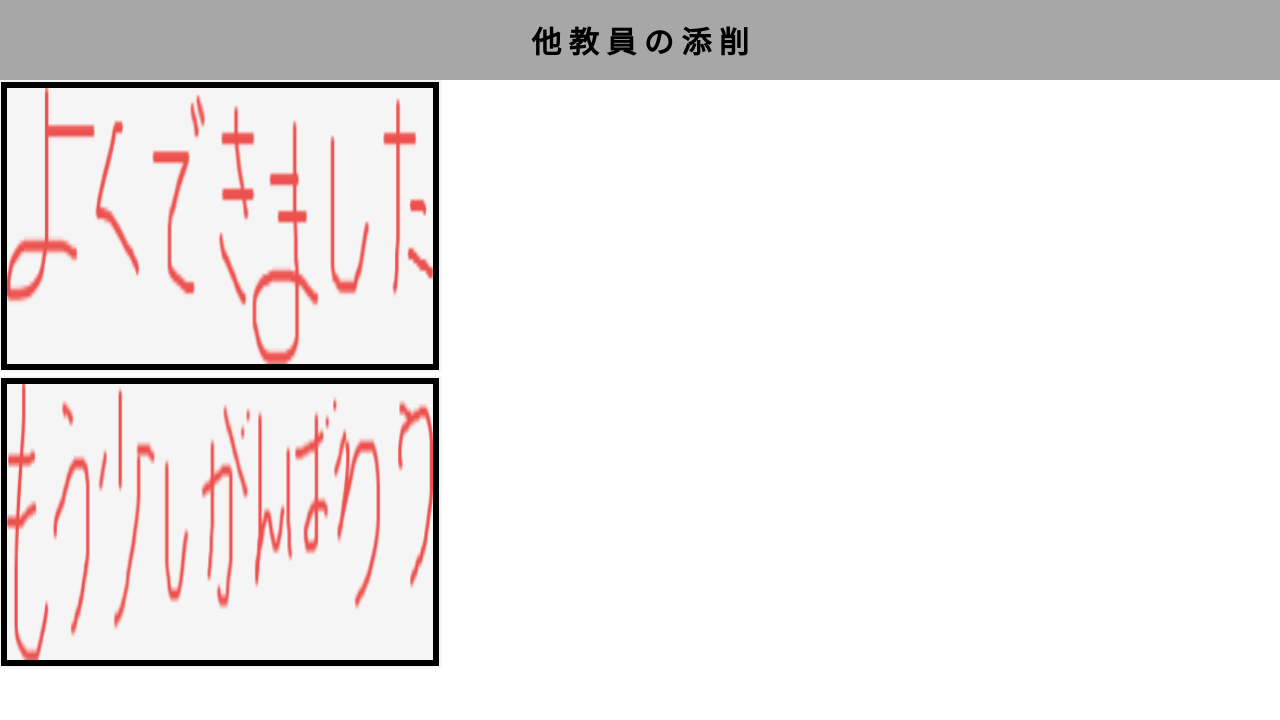
Repository: k-murakami18/canvas_v2
Page: teacher.html
The author's editor kept a copy of each file at every save. The page is drawn from the files as they stood at one save, then again after the next save.
The browser window is 1280 px wide. The pictures show the whole page.

Above is the page before, as saved 2021-01-12 15:48:33.

After the next save:
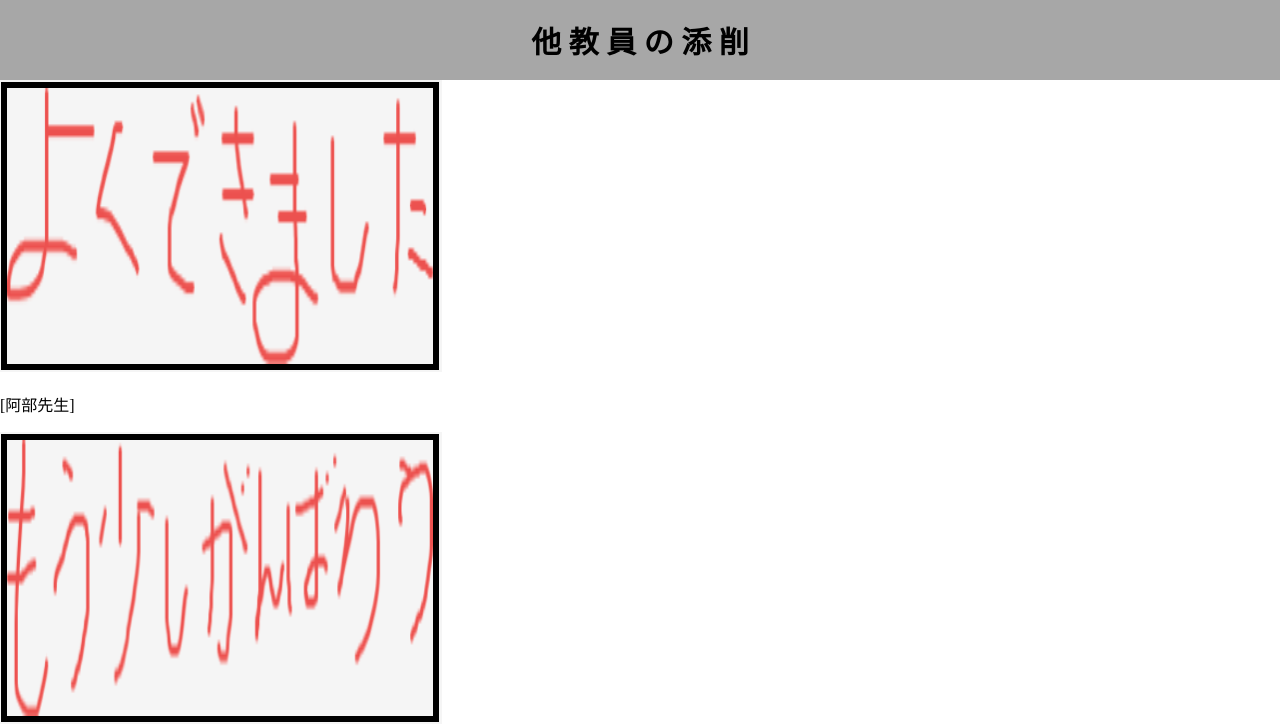
Saved 18 s later.
--- a/teacher.html
+++ b/teacher.html
@@ -22,6 +22,7 @@
 
   <div>
     <img src="img/ok.png">
+    <p>[阿部先生]</p>
   </div>
   <div>
     <img src="img/bad.png">
